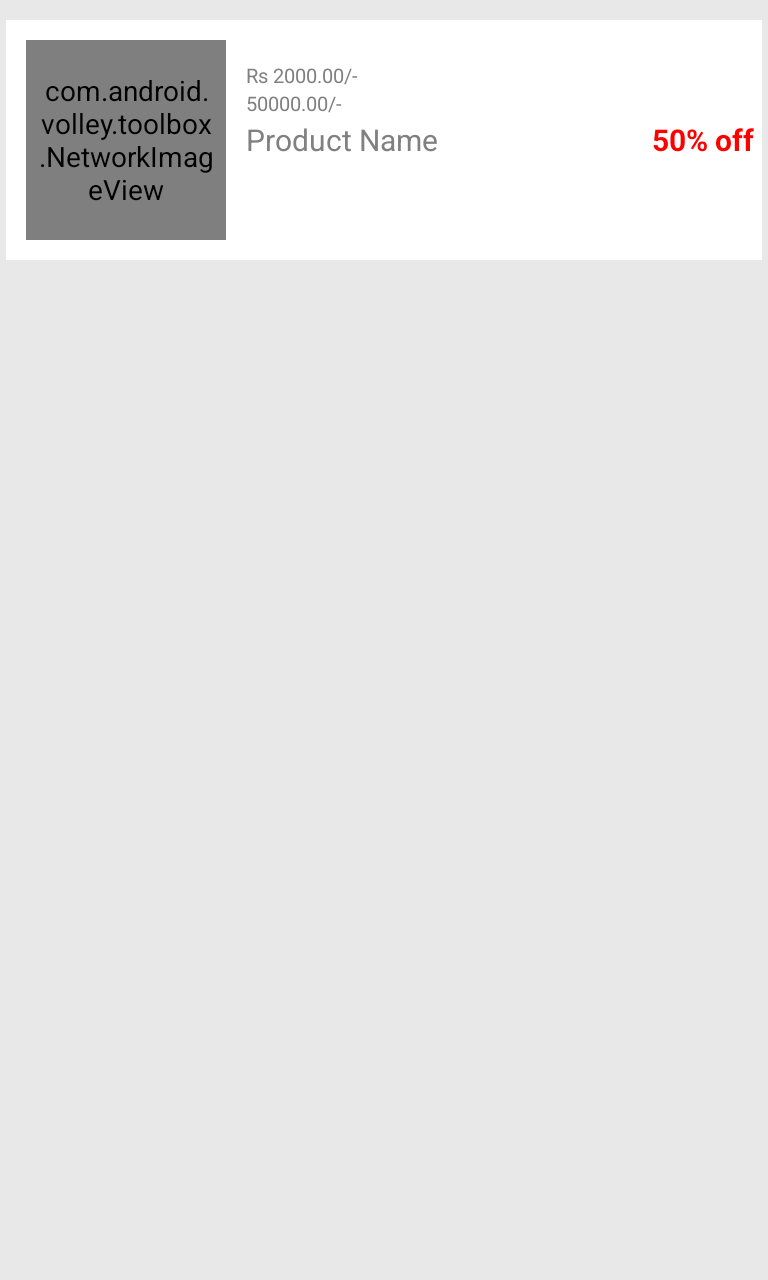
Repository: thisisdemo333/BigDiscount
Layout: BigDiscounts/res/layout/view_lv_search_list.xml
The author's editor kept a copy of each file at every save. The layout is drawn from the files as they stood at one save, then again after the next save.
Pictures or frames that could not be fetched are drawn as grey boxes. It is drawn on a 768 x 1280 px phone screen (xhdpi) without system bars, with theme AppTheme; the app's code is not run.

Above is the layout before, as saved 2015-05-10 16:20:46.

After the next save:
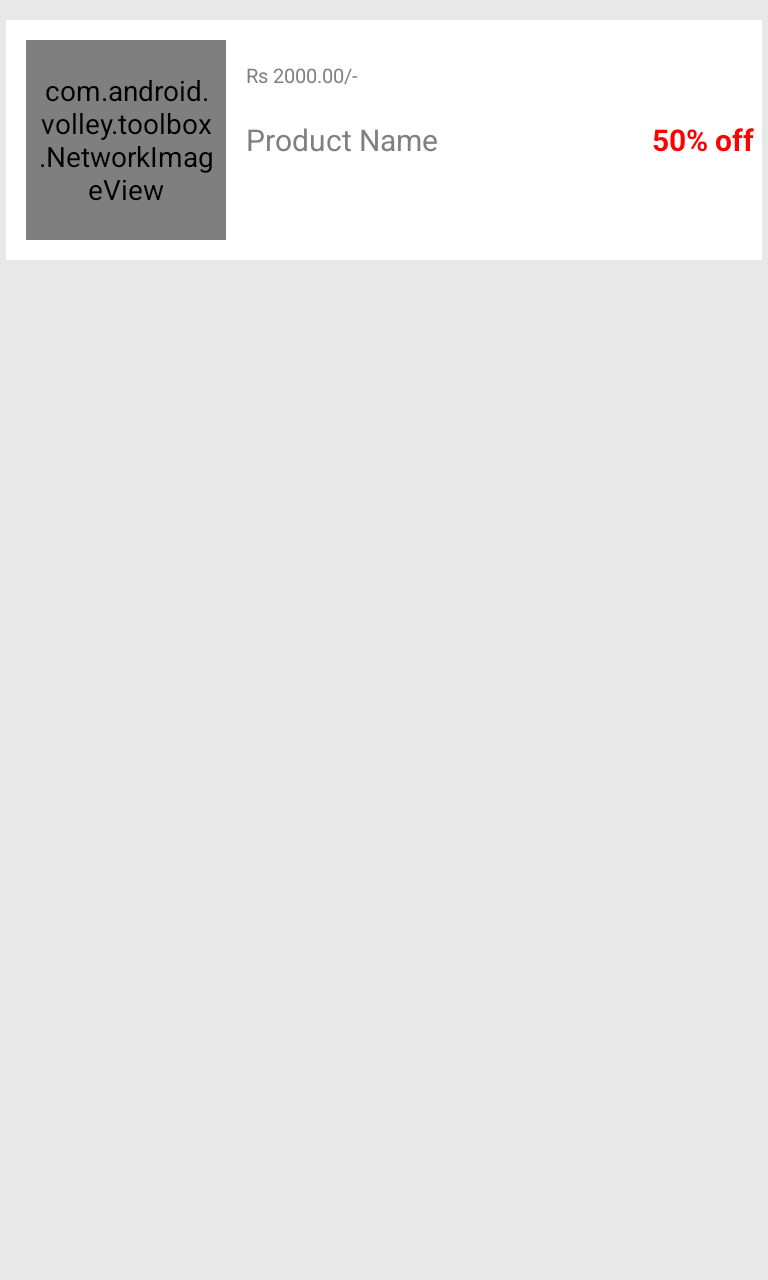
Saved 10 s later.
--- a/BigDiscounts/res/layout/view_lv_search_list.xml
+++ b/BigDiscounts/res/layout/view_lv_search_list.xml
@@ -57,15 +57,15 @@
             android:textColor="@color/gray"
             android:textSize="@dimen/small_text_size" />
 
-        <TextView
-            android:id="@+id/tv_product_mrp"
-            android:layout_width="wrap_content"
-            android:layout_height="wrap_content"
-            android:layout_below="@+id/tv_product_selling_prise"
-            android:layout_toRightOf="@+id/image_loader"
-            android:text="50000.00/-"
-            android:textColor="@color/gray"
-            android:textSize="@dimen/small_text_size" />
+<!--         <TextView -->
+<!--             android:id="@+id/tv_product_mrp" -->
+<!--             android:layout_width="wrap_content" -->
+<!--             android:layout_height="wrap_content" -->
+<!--             android:layout_below="@+id/tv_product_selling_prise" -->
+<!--             android:layout_toRightOf="@+id/image_loader" -->
+<!--             android:text="50000.00/-" -->
+<!--             android:textColor="@color/gray" -->
+<!--             android:textSize="@dimen/small_text_size" /> -->
 
         <TextView
             android:id="@+id/tv_product_offer"
